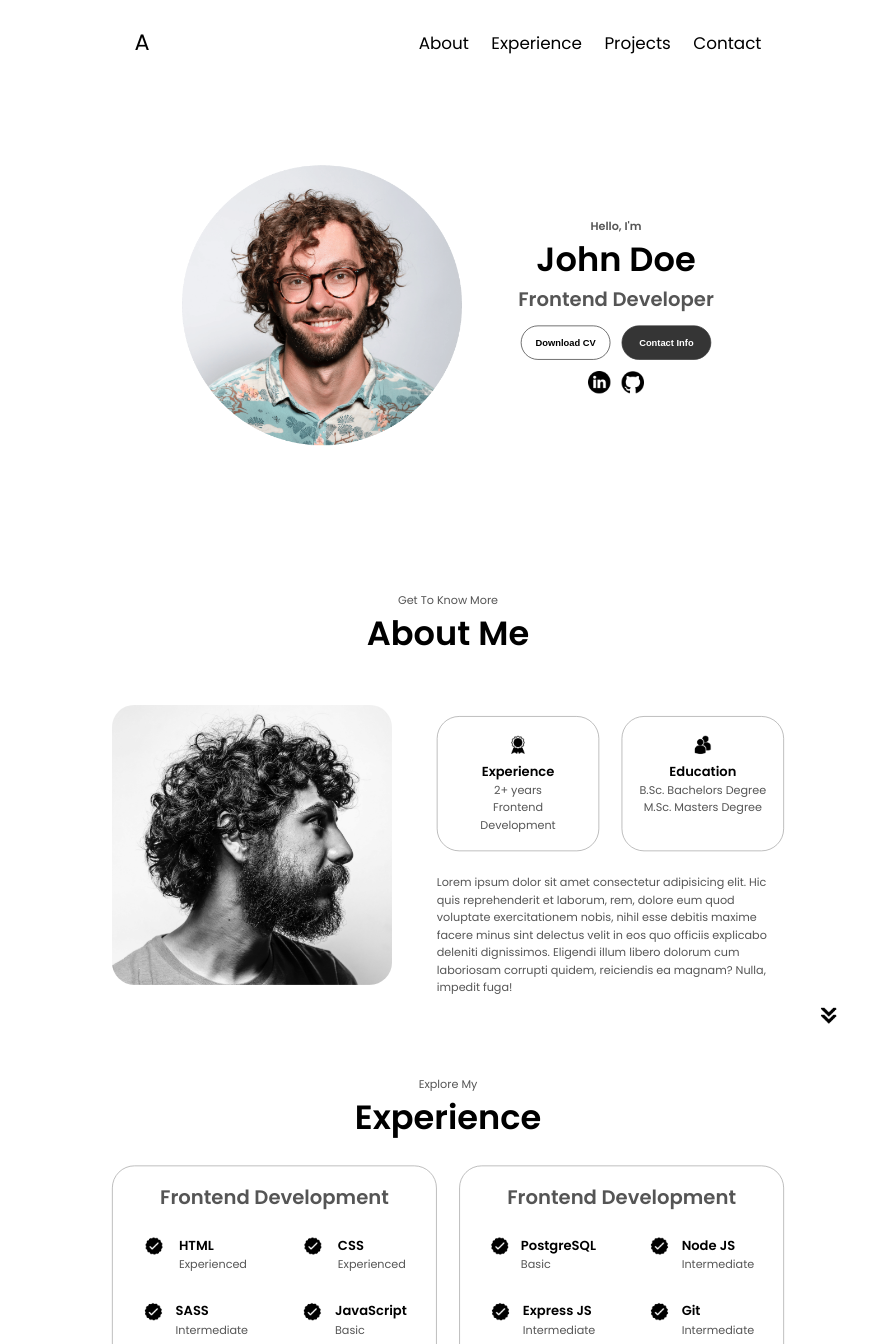
Repository: ARUN-YERRAM/ARUN-YERRAM-PORTFOLIO
Page: portfolio/index.html
These files come from the project's save history. The page is drawn as it stood at one moment and after the next save; the edit follows.
The browser window is 1280 px wide. The pictures show the part of the page from y = 0 to 1920 px (the page is 4425 px tall), at 70% of full size.

Above is the page before, as saved 2024-07-07 03:58:04.

### portfolio/index.html
<!DOCTYPE html>
<html lang="en">
  <head>
    <meta charset="UTF-8" />
    <meta http-equiv="X-UA-Compatible" content="IE=edge" />
    <meta name="viewport" content="width=device-width, initial-scale=1.0" />
    <title>My Portfolio</title>
    <link rel="stylesheet" href="style.css" />
    <link rel="stylesheet" href="mediaqueries.css" />
  </head>
  <body>
    <nav id="desktop-nav">
      <div class="logo">A</div>
      <div>
        <ul class="nav-links">
          <li><a href="#about">About</a></li>
          <li><a href="#experience">Experience</a></li>
          <li><a href="#projects">Projects</a></li>
          <li><a href="#contact">Contact</a></li>
        </ul>
      </div>
    </nav>
    <nav id="hamburger-nav">
      <div class="logo">John Doe</div>
      <div class="hamburger-menu">
        <div class="hamburger-icon" onclick="toggleMenu()">
          <span></span>
          <span></span>
          <span></span>
        </div>
        <div class="menu-links">
          <li><a href="#about" onclick="toggleMenu()">About</a></li>
          <li><a href="#experience" onclick="toggleMenu()">Experience</a></li>
          <li><a href="#projects" onclick="toggleMenu()">Projects</a></li>
          <li><a href="#contact" onclick="toggleMenu()">Contact</a></li>
        </div>
      </div>
    </nav>
    <section id="profile">
      <div class="section__pic-container">
        <img src="./assets/profile-pic.png" alt="John Doe profile picture" />
      </div>
      <div class="section__text">
        <p class="section__text__p1">Hello, I'm</p>
        <h1 class="title">John Doe</h1>
        <p class="section__text__p2">Frontend Developer</p>
        <div class="btn-container">
          <button
            class="btn btn-color-2"
            onclick="window.open('./assets/resume-example.pdf')"
          >
            Download CV
          </button>
          <button class="btn btn-color-1" onclick="location.href='./#contact'">
            Contact Info
          </button>
        </div>
        <div id="socials-container">
          <img
            src="./assets/linkedin.png"
            alt="My LinkedIn profile"
            class="icon"
            onclick="location.href='https://linkedin.com/'"
          />
          <img
            src="./assets/github.png"
            alt="My Github profile"
            class="icon"
            onclick="location.href='https://github.com/'"
          />
        </div>
      </div>
    </section>
    <section id="about">
      <p class="section__text__p1">Get To Know More</p>
      <h1 class="title">About Me</h1>
      <div class="section-container">
        <div class="section__pic-container">
          <img
            src="./assets/about-pic.png"
            alt="Profile picture"
            class="about-pic"
          />
        </div>
        <div class="about-details-container">
          <div class="about-containers">
            <div class="details-container">
              <img
                src="./assets/experience.png"
                alt="Experience icon"
                class="icon"
              />
              <h3>Experience</h3>
              <p>2+ years <br />Frontend Development</p>
            </div>
            <div class="details-container">
              <img
                src="./assets/education.png"
                alt="Education icon"
                class="icon"
              />
              <h3>Education</h3>
              <p>B.Sc. Bachelors Degree<br />M.Sc. Masters Degree</p>
            </div>
          </div>
          <div class="text-container">
            <p>
              Lorem ipsum dolor sit amet consectetur adipisicing elit. Hic quis
              reprehenderit et laborum, rem, dolore eum quod voluptate
              exercitationem nobis, nihil esse debitis maxime facere minus sint
              delectus velit in eos quo officiis explicabo deleniti dignissimos.
              Eligendi illum libero dolorum cum laboriosam corrupti quidem,
              reiciendis ea magnam? Nulla, impedit fuga!
            </p>
          </div>
        </div>
      </div>
      <img
        src="./assets/arrow.png"
        alt="Arrow icon"
        class="icon arrow"
        onclick="location.href='./#experience'"
      />
    </section>
    <section id="experience">
      <p class="section__text__p1">Explore My</p>
      <h1 class="title">Experience</h1>
      <div class="experience-details-container">
        <div class="about-containers">
          <div class="details-container">
            <h2 class="experience-sub-title">Frontend Development</h2>
            <div class="article-container">
              <article>
                <img
                  src="./assets/checkmark.png"
                  alt="Experience icon"
                  class="icon"
                />
                <div>
                  <h3>HTML</h3>
                  <p>Experienced</p>
                </div>
              </article>
              <article>
                <img
                  src="./assets/checkmark.png"
                  alt="Experience icon"
                  class="icon"
                />
                <div>
                  <h3>CSS</h3>
                  <p>Experienced</p>
                </div>
              </article>
              <article>
                <img
                  src="./assets/checkmark.png"
                  alt="Experience icon"
                  class="icon"
                />
                <div>
                  <h3>SASS</h3>
                  <p>Intermediate</p>
                </div>
              </article>
              <article>
                <img
                  src="./assets/checkmark.png"
                  alt="Experience icon"
                  class="icon"
                />
                <div>
                  <h3>JavaScript</h3>
                  <p>Basic</p>
                </div>
              </article>
              <article>
                <img
                  src="./assets/checkmark.png"
                  alt="Experience icon"
                  class="icon"
                />
                <div>
                  <h3>TypeScript</h3>
                  <p>Basic</p>
                </div>
              </article>
              <article>
                <img
                  src="./assets/checkmark.png"
                  alt="Experience icon"
                  class="icon"
                />
                <div>
                  <h3>Material UI</h3>
                  <p>Intermediate</p>
                </div>
              </article>
            </div>
          </div>
          <div class="details-container">
            <h2 class="experience-sub-title">Frontend Development</h2>
            <div class="article-container">
              <article>
                <img
                  src="./assets/checkmark.png"
                  alt="Experience icon"
                  class="icon"
                />
                <div>
                  <h3>PostgreSQL</h3>
                  <p>Basic</p>
                </div>
              </article>
              <article>
                <img
                  src="./assets/checkmark.png"
                  alt="Experience icon"
                  class="icon"
                />
                <div>
                  <h3>Node JS</h3>
                  <p>Intermediate</p>
                </div>
              </article>
              <article>
                <img
                  src="./assets/checkmark.png"
                  alt="Experience icon"
                  class="icon"
                />
                <div>
                  <h3>Express JS</h3>
                  <p>Intermediate</p>
                </div>
              </article>
              <article>
                <img
                  src="./assets/checkmark.png"
                  alt="Experience icon"
                  class="icon"
                />
                <div>
                  <h3>Git</h3>
                  <p>Intermediate</p>
                </div>
              </article>
            </div>
          </div>
        </div>
      </div>
      <img
        src="./assets/arrow.png"
        alt="Arrow icon"
        class="icon arrow"
        onclick="location.href='./#projects'"
      />
    </section>
    <section id="projects">
      <p class="section__text__p1">Browse My Recent</p>
      <h1 class="title">Projects</h1>
      <div class="experience-details-container">
        <div class="about-containers">
          <div class="details-container color-container">
            <div class="article-container">
              <img
                src="./assets/project-1.png"
                alt="Project 1"
                class="project-img"
              />
            </div>
            <h2 class="experience-sub-title project-title">Project One</h2>
            <div class="btn-container">
              <button
                class="btn btn-color-2 project-btn"
                onclick="location.href='https://github.com/'"
              >
                Github
              </button>
              <button
                class="btn btn-color-2 project-btn"
                onclick="location.href='https://github.com/'"
              >
                Live Demo
              </button>
            </div>
          </div>
          <div class="details-container color-container">
            <div class="article-container">
              <img
                src="./assets/project-2.png"
                alt="Project 2"
                class="project-img"
              />
            </div>
            <h2 class="experience-sub-title project-title">Project Two</h2>
            <div class="btn-container">
              <button
                class="btn btn-color-2 project-btn"
                onclick="location.href='https://github.com/'"
              >
                Github
              </button>
              <button
                class="btn btn-color-2 project-btn"
                onclick="location.href='https://github.com/'"
              >
                Live Demo
              </button>
            </div>
          </div>
          <div class="details-container color-container">
            <div class="article-container">
              <img
                src="./assets/project-3.png"
                alt="Project 3"
                class="project-img"
              />
            </div>
            <h2 class="experience-sub-title project-title">Project Three</h2>
            <div class="btn-container">
              <button
                class="btn btn-color-2 project-btn"
                onclick="location.href='https://github.com/'"
              >
                Github
              </button>
              <button
                class="btn btn-color-2 project-btn"
                onclick="location.href='https://github.com/'"
              >
                Live Demo
              </button>
            </div>
          </div>
        </div>
      </div>
      <img
        src="./assets/arrow.png"
        alt="Arrow icon"
        class="icon arrow"
        onclick="location.href='./#contact'"
      />
    </section>
    <section id="contact">
      <p class="section__text__p1">Get in Touch</p>
      <h1 class="title">Contact Me</h1>
      <div class="contact-info-upper-container">
        <div class="contact-info-container">
          <img
            src="./assets/email.png"
            alt="Email icon"
            class="icon contact-icon email-icon"
          />
          <p><a href="mailto:examplemail@gmail.com">Example@gmail.com</a></p>
        </div>
        <div class="contact-info-container">
          <img
            src="./assets/linkedin.png"
            alt="LinkedIn icon"
            class="icon contact-icon"
          />
          <p><a href="https://www.linkedin.com">LinkedIn</a></p>
        </div>
      </div>
    </section>
    <footer>
      <nav>
        <div class="nav-links-container">
          <ul class="nav-links">
            <li><a href="#about">About</a></li>
            <li><a href="#experience">Experience</a></li>
            <li><a href="#projects">Projects</a></li>
            <li><a href="#contact">Contact</a></li>
          </ul>
        </div>
      </nav>
      <p>Copyright &#169; 2023 John Doe. All Rights Reserved.</p>
    </footer>
    <script src="script.js"></script>
  </body>
</html>

### portfolio/style.css
/* GENERAL */

@import url("https://fonts.googleapis.com/css2?family=Poppins:wght@300;400;500;600&display=swap");

* {
  margin: 0;
  padding: 0;
}

body {
  font-family: "Poppins", sans-serif;
}

html {
  scroll-behavior: smooth;
}

p {
  color: rgb(85, 85, 85);
}

/* TRANSITION */

a,
.btn {
  transition: all 300ms ease;
}

/* DESKTOP NAV */

nav,
.nav-links {
  display: flex;
}

nav {
  justify-content: space-around;
  align-items: center;
  height: 17vh;
}

.nav-links {
  gap: 2rem;
  list-style: none;
  font-size: 1.5rem;
}

a {
  color: black;
  text-decoration: none;
  text-decoration-color: white;
}

a:hover {
  color: grey;
  text-decoration: underline;
  text-underline-offset: 1rem;
  text-decoration-color: rgb(181, 181, 181);
}

.logo {
  font-size: 2rem;
}

.logo:hover {
  cursor: default;
}

/* HAMBURGER MENU */

#hamburger-nav {
  display: none;
}

.hamburger-menu {
  position: relative;
  display: inline-block;
}

.hamburger-icon {
  display: flex;
  flex-direction: column;
  justify-content: space-between;
  height: 24px;
  width: 30px;
  cursor: pointer;
}

.hamburger-icon span {
  width: 100%;
  height: 2px;
  background-color: black;
  transition: all 0.3 ease-in-out;
}

.menu-links {
  position: absolute;
  top: 100%;
  right: 0;
  background-color: white;
  width: fit-content;
  max-height: 0;
  overflow: hidden;
  transition: all 0.3 ease-in-out;
}

.menu-links a {
  display: block;
  padding: 10px;
  text-align: center;
  font-size: 1.5rem;
  color: black;
  text-decoration: none;
  transition: all 0.3 ease-in-out;
}

.menu-links li {
  list-style: none;
}

.menu-links.open {
  max-height: 300px;
}

.hamburger-icon.open span:first-child {
  transform: rotate(45deg) translate(10px, 5px);
}

.hamburger-icon.open span:nth-child(2) {
  opacity: 0;
}

.hamburger-icon.open span:last-child {
  transform: rotate(-45deg) translate(10px, -5px);
}

.hamburger-icon span:first-child {
  transform: none;
}

.hamburger-icon span:first-child {
  opacity: 1;
}

.hamburger-icon span:first-child {
  transform: none;
}

/* SECTIONS */

section {
  padding-top: 4vh;
  height: 96vh;
  margin: 0 10rem;
  box-sizing: border-box;
  min-height: fit-content;
}

.section-container {
  display: flex;
}

/* PROFILE SECTION */

#profile {
  display: flex;
  justify-content: center;
  gap: 5rem;
  height: 80vh;
}

.section__pic-container {
  display: flex;
  height: 400px;
  width: 400px;
  margin: auto 0;
}

.section__text {
  align-self: center;
  text-align: center;
}

.section__text p {
  font-weight: 600;
}

.section__text__p1 {
  text-align: center;
}

.section__text__p2 {
  font-size: 1.75rem;
  margin-bottom: 1rem;
}

.title {
  font-size: 3rem;
  text-align: center;
}

#socials-container {
  display: flex;
  justify-content: center;
  margin-top: 1rem;
  gap: 1rem;
}

/* ICONS */

.icon {
  cursor: pointer;
  height: 2rem;
}

/* BUTTONS */

.btn-container {
  display: flex;
  justify-content: center;
  gap: 1rem;
}

.btn {
  font-weight: 600;
  transition: all 300ms ease;
  padding: 1rem;
  width: 8rem;
  border-radius: 2rem;
}

.btn-color-1,
.btn-color-2 {
  border: rgb(53, 53, 53) 0.1rem solid;
}

.btn-color-1:hover,
.btn-color-2:hover {
  cursor: pointer;
}

.btn-color-1,
.btn-color-2:hover {
  background: rgb(53, 53, 53);
  color: white;
}

.btn-color-1:hover {
  background: rgb(0, 0, 0);
}

.btn-color-2 {
  background: none;
}

.btn-color-2:hover {
  border: rgb(255, 255, 255) 0.1rem solid;
}

.btn-container {
  gap: 1rem;
}

/* ABOUT SECTION */

#about {
  position: relative;
}

.about-containers {
  gap: 2rem;
  margin-bottom: 2rem;
  margin-top: 2rem;
}

.about-details-container {
  justify-content: center;
  flex-direction: column;
}

.about-containers,
.about-details-container {
  display: flex;
}

.about-pic {
  border-radius: 2rem;
}

.arrow {
  position: absolute;
  right: -5rem;
  bottom: 2.5rem;
}

.details-container {
  padding: 1.5rem;
  flex: 1;
  background: white;
  border-radius: 2rem;
  border: rgb(53, 53, 53) 0.1rem solid;
  border-color: rgb(163, 163, 163);
  text-align: center;
}

.section-container {
  gap: 4rem;
  height: 80%;
}

.section__pic-container {
  height: 400px;
  width: 400px;
  margin: auto 0;
}

/* EXPERIENCE SECTION */

#experience {
  position: relative;
}

.experience-sub-title {
  color: rgb(85, 85, 85);
  font-weight: 600;
  font-size: 1.75rem;
  margin-bottom: 2rem;
}

.experience-details-container {
  display: flex;
  justify-content: center;
  flex-direction: column;
}

.article-container {
  display: flex;
  text-align: initial;
  flex-wrap: wrap;
  flex-direction: row;
  gap: 2.5rem;
  justify-content: space-around;
}

article {
  display: flex;
  width: 10rem;
  justify-content: space-around;
  gap: 0.5rem;
}

article .icon {
  cursor: default;
}

/* PROJECTS SECTION */

#projects {
  position: relative;
}

.color-container {
  border-color: rgb(163, 163, 163);
  background: rgb(250, 250, 250);
}

.project-img {
  border-radius: 2rem;
  width: 90%;
  height: 90%;
}

.project-title {
  margin: 1rem;
  color: black;
}

.project-btn {
  color: black;
  border-color: rgb(163, 163, 163);
}

/* CONTACT */

#contact {
  display: flex;
  justify-content: center;
  flex-direction: column;
  height: 70vh;
}

.contact-info-upper-container {
  display: flex;
  justify-content: center;
  border-radius: 2rem;
  border: rgb(53, 53, 53) 0.1rem solid;
  border-color: rgb(163, 163, 163);
  background: (250, 250, 250);
  margin: 2rem auto;
  padding: 0.5rem;
}

.contact-info-container {
  display: flex;
  align-items: center;
  justify-content: center;
  gap: 0.5rem;
  margin: 1rem;
}

.contact-info-container p {
  font-size: larger;
}

.contact-icon {
  cursor: default;
}

.email-icon {
  height: 2.5rem;
}

/* FOOTER SECTION */

footer {
  height: 26vh;
  margin: 0 1rem;
}

footer p {
  text-align: center;
}

### portfolio/mediaqueries.css
@media screen and (max-width: 1400px) {
  #profile {
    height: 83vh;
    margin-bottom: 6rem;
  }
  .about-containers {
    flex-wrap: wrap;
  }
  #contact,
  #projects {
    height: fit-content;
  }
}

@media screen and (max-width: 1200px) {
  #desktop-nav {
    display: none;
  }
  #hamburger-nav {
    display: flex;
  }
  #experience,
  .experience-details-container {
    margin-top: 2rem;
  }
  #profile,
  .section-container {
    display: block;
  }
  .arrow {
    display: none;
  }
  section,
  .section-container {
    height: fit-content;
  }
  section {
    margin: 0 5%;
  }
  .section__pic-container {
    width: 275px;
    height: 275px;
    margin: 0 auto 2rem;
  }
  .about-containers {
    margin-top: 0;
  }
}

@media screen and (max-width: 600px) {
  #contact,
  footer {
    height: 40vh;
  }
  #profile {
    height: 83vh;
    margin-bottom: 0;
  }
  article {
    font-size: 1rem;
  }
  footer nav {
    height: fit-content;
    margin-bottom: 2rem;
  }
  .about-containers,
  .contact-info-upper-container,
  .btn-container {
    flex-wrap: wrap;
  }
  .contact-info-container {
    margin: 0;
  }
  .contact-info-container p,
  .nav-links li a {
    font-size: 1rem;
  }
  .experience-sub-title {
    font-size: 1.25rem;
  }
  .logo {
    font-size: 1.5rem;
  }
  .nav-links {
    flex-direction: column;
    gap: 0.5rem;
    text-align: center;
  }
  .section__pic-container {
    width: auto;
    height: 46vw;
    justify-content: center;
  }
  .section__text__p2 {
    font-size: 1.25rem;
  }
  .title {
    font-size: 2rem;
  }
  .text-container {
    text-align: justify;
  }
}

Loaded but not shown: portfolio/script.js (common file)

After the next save:
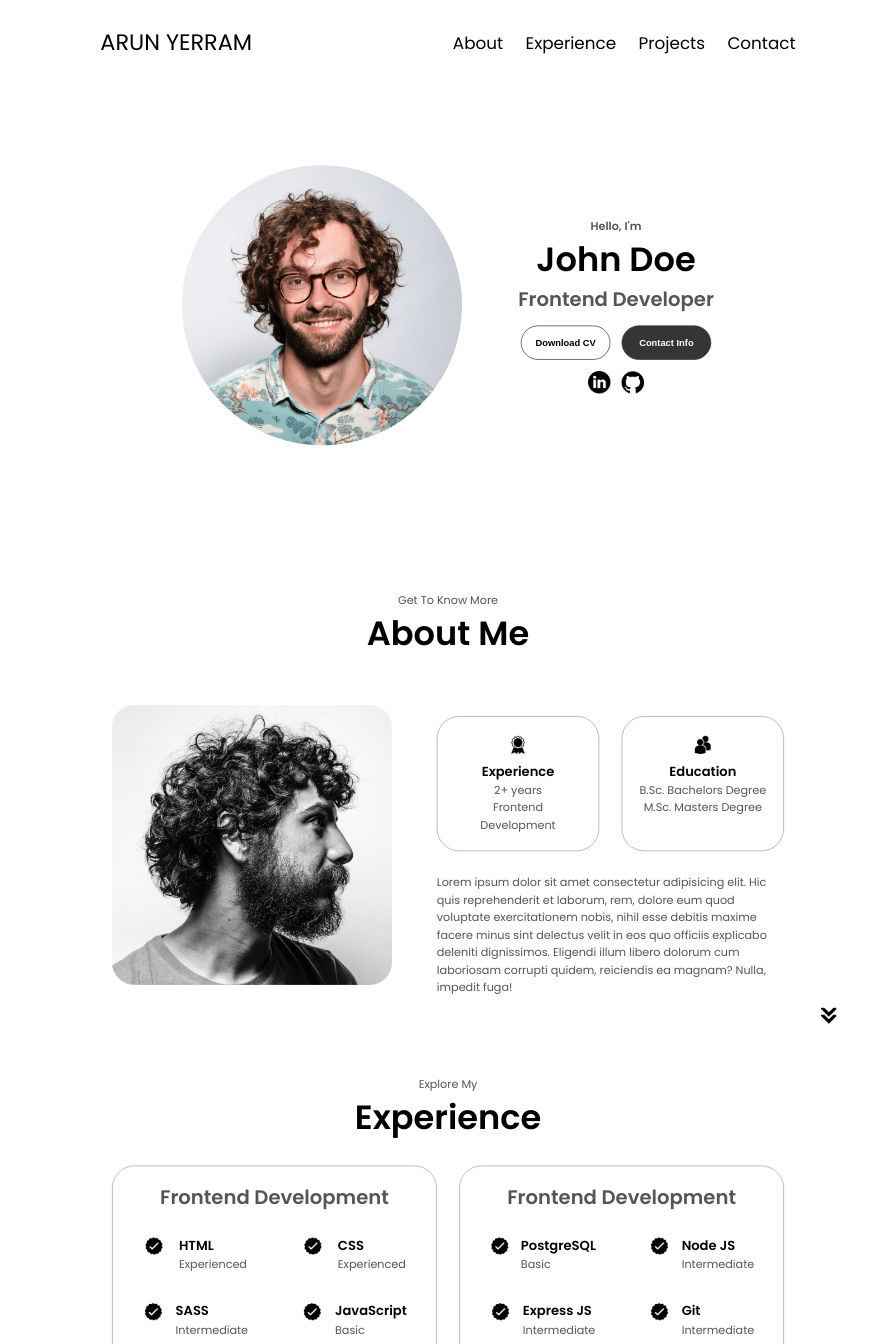
Saved 4 s later.
--- a/portfolio/index.html
+++ b/portfolio/index.html
@@ -10,7 +10,7 @@
   </head>
   <body>
     <nav id="desktop-nav">
-      <div class="logo">A</div>
+      <div class="logo">ARUN YERRAM</div>
       <div>
         <ul class="nav-links">
           <li><a href="#about">About</a></li>
